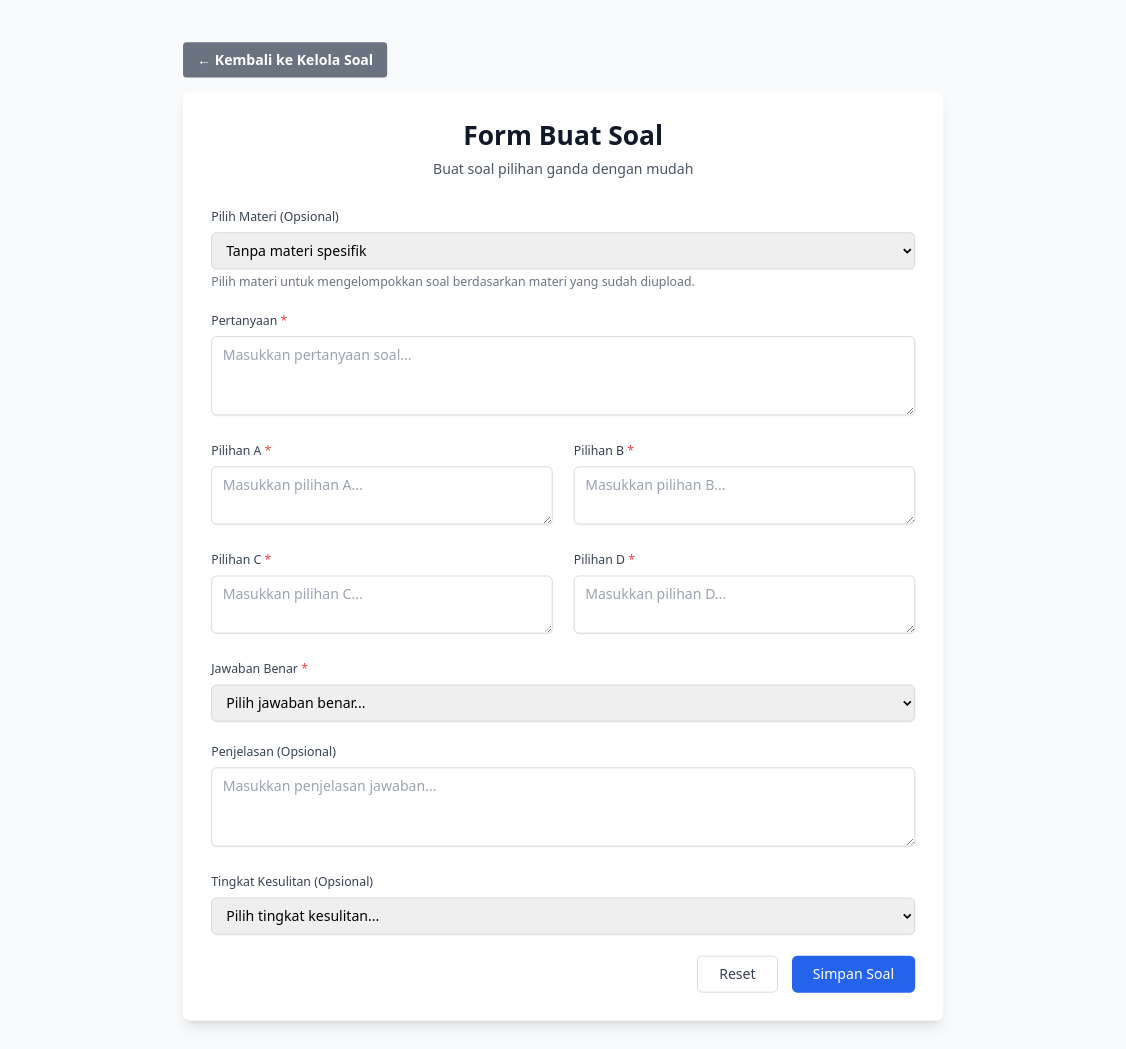
Repository: Autofat/LMS-MOOC
Page: http://localhost/questions/create
The author's editor kept a copy of each file at every save. The page is drawn from the files as they stood at one save, then again after the next save.
The browser window is 1280 px wide. The pictures show the whole page, at 88% of full size.
Some web libraries are served in a nearby version. The page is served by the project's Laravel application, run on PHP 8.4 with Laravel 12. A made-up administrator, Test User (test@example.com), is signed in. Other server files are loaded and not shown. Queries for data that is not in the repository find no rows.

Above is the page before, as saved 2025-08-01 13:14:24.
Console error: TypeError: Cannot set properties of null (setting 'textContent')

### routes/web.php
<?php

use Illuminate\Support\Facades\Route;
use Illuminate\Support\Facades\Auth;
use Illuminate\Support\Facades\Http;
use Illuminate\Support\Facades\Storage;
use Illuminate\Http\Request;
use App\Http\Controllers\QuestionController;
use App\Http\Controllers\MaterialController;
use App\Http\Controllers\AuthController;

// Root redirect to login
Route::get('/', function () {
    // Force logout and clear session
    Auth::logout();
    session()->flush();
    session()->regenerate();

    return redirect()->route('login');
});

// Authentication Routes
Route::get('/login', [AuthController::class, 'showLoginForm'])->name('login');
Route::post('/login', [AuthController::class, 'login']);
Route::get('/register', [AuthController::class, 'showRegisterForm'])->name('register');
Route::post('/register', [AuthController::class, 'register']);
Route::post('/logout', [AuthController::class, 'logout'])->name('logout');

// Temporary route to clear session
Route::get('/clear-session', function () {
    Auth::logout();
    session()->flush();
    session()->regenerate();
    return redirect()->route('login')->with('success', 'Session cleared. Please login again.');
});

// Test route to check auth status
Route::get('/test-auth', function () {
    return response()->json([
        'auth_check' => Auth::check(),
        'user' => Auth::user(),
        'session_id' => session()->getId(),
        'session_data' => session()->all()
    ]);
});

// Protected Routes (require authentication)
Route::middleware(['auth'])->group(function () {

    // Debug route for testing n8n connection
    Route::get('/test-n8n-connection', function () {
        try {
            $testData = [
                'action' => 'test_connection',
                'timestamp' => now()->toISOString(),
                'message' => 'Laravel connection test'
            ];

            $n8nUrl = env('N8N_GENERATE_QUESTIONS_URL', 'http://localhost:5678/webhook/generate-questions');

            $response = Http::timeout(120)
                ->retry(2, 100)
                ->withOptions([
                    'verify' => false,
                    'allow_redirects' => true,
                    'http_errors' => false
                ])
                ->post($n8nUrl, $testData);

            return response()->json([
                'success' => true,
                'message' => 'n8n connection test completed',
                'url' => $n8nUrl,
                'request_data' => $testData,
                'response' => [
                    'status' => $response->status(),
                    'headers' => $response->headers(),
                    'body' => $response->body(),
                    'successful' => $response->successful()
                ]
            ]);

        } catch (\Exception $e) {
            return response()->json([
                'success' => false,
                'error' => $e->getMessage(),
                'error_class' => get_class($e)
            ], 500);
        }
    })->name('test.n8n.connection');

    // Material Routes
    Route::get('/materials', [MaterialController::class, 'index'])->name('materials.index');
    Route::get('/materials/create', [MaterialController::class, 'create'])->name('materials.create');
    Route::post('/materials', [MaterialController::class, 'store'])->name('materials.store');
    Route::get('/materials/{id}', [MaterialController::class, 'show'])->name('materials.show');
    Route::get('/materials/{id}/edit', [MaterialController::class, 'edit'])->name('materials.edit');
    Route::put('/materials/{id}', [MaterialController::class, 'update'])->name('materials.update');
    Route::delete('/materials/{id}', [MaterialController::class, 'destroy'])->name('materials.destroy');
    Route::get('/materials/{id}/download', [MaterialController::class, 'download'])->name('materials.download');

    // Debug routes for testing file uploads
    Route::get('/test-upload', function () {
        return view('test-upload');
    })->name('test.upload.form');

    Route::post('/test-upload', function (Request $request) {
        $info = [
            'has_file' => $request->hasFile('pdf_file'),
            'php_upload_max' => ini_get('upload_max_filesize'),
            'php_post_max' => ini_get('post_max_size'),
            'storage_writable' => is_writable(storage_path('app/public')),
            'materials_dir_exists' => Storage::disk('public')->exists('materials'),
        ];

        if ($request->hasFile('pdf_file')) {
            $file = $request->file('pdf_file');
            $info['file'] = [
                'name' => $file->getClientOriginalName(),
                'size' => $file->getSize(),
                'mime' => $file->getMimeType(),
                'is_valid' => $file->isValid(),
                'error' => $file->getError(),
            ];
        }

        return response()->json($info);
    })->name('test.upload');
    Route::get('/materials/{id}/questions', [MaterialController::class, 'questions'])->name('materials.questions');

    // Generate Questions with n8n
    Route::post('/materials/{id}/generate-questions', [MaterialController::class, 'generateQuestions'])->name('materials.generate-questions');
    Route::post('/materials/{id}/generate-questions-async', [MaterialController::class, 'generateQuestionsAsync'])->name('materials.generate-questions-async');
    Route::get('/materials/{id}/test-n8n', [MaterialController::class, 'testN8nConnection'])->name('materials.test-n8n');

    // Form Manual Input
    Route::get('/questions/create', [QuestionController::class, 'create'])->name('questions.create');
    Route::post('/questions', [QuestionController::class, 'store'])->name('questions.store');

    // Manage and Edit Questions
    Route::get('/questions/manage', [QuestionController::class, 'manage'])->name('questions.manage');
    Route::get('/questions/{id}/edit', [QuestionController::class, 'edit'])->name('questions.edit');
    Route::put('/questions/{id}', [QuestionController::class, 'update'])->name('questions.update');
    Route::delete('/questions/{id}', [QuestionController::class, 'destroy'])->name('questions.destroy');
});

### resources/views/form.blade.php
<!DOCTYPE html>
<html lang="id">

<head>
    <meta charset="UTF-8">
    <meta name="viewport" content="width=device-width, initial-scale=1.0">
    <title>Form Buat Soal</title>
    <script src="https://cdn.tailwindcss.com"></script>
</head>

<body class="bg-gray-50 min-h-screen py-8">
    <div class="max-w-4xl mx-auto px-4 py-4">
        <div class="flex justify-between items-center">
            <a href="{{ route('questions.manage') }}"
                class="bg-gray-500 hover:bg-gray-700 text-white font-bold py-2 px-4 rounded">
                ← Kembali ke Kelola Soal
            </a>
        </div>
    </div>
    <div class="max-w-4xl mx-auto px-4">
        <div class="bg-white rounded-lg shadow-lg p-8">
            <!-- Header -->
            <div class="text-center mb-8">
                <h1 class="text-3xl font-bold text-gray-900 mb-2">Form Buat Soal</h1>
                <p class="text-gray-600">Buat soal pilihan ganda dengan mudah</p>
            </div>

            <!-- Auto-Fill Message -->
            @if (isset($autoFillData))
                <div class="bg-blue-100 border border-blue-400 text-blue-700 px-4 py-3 rounded mb-6">
                    <strong>Form telah diisi otomatis!</strong> Data dari bot n8n telah dimuat. Anda dapat mengedit dan
                    submit secara manual.
                </div>
            @endif

            <!-- Error Messages -->
            @if ($errors->any())
                <div class="bg-red-100 border border-red-400 text-red-700 px-4 py-3 rounded mb-6">
                    <ul class="list-disc list-inside">
                        @foreach ($errors->all() as $error)
                            <li>{{ $error }}</li>
                        @endforeach
                    </ul>
                </div>
            @endif

            <!-- Form -->
            <form action="{{ route('questions.store') }}" method="POST" class="space-y-6">
                @csrf

                <!-- Material Selection -->
                <div>
                    <label for="material_id" class="block text-sm font-medium text-gray-700 mb-2">
                        Pilih Materi (Opsional)
                    </label>
                    <select id="material_id" name="material_id"
                        class="w-full px-3 py-2 border border-gray-300 rounded-md shadow-sm focus:outline-none focus:ring-2 focus:ring-blue-500 focus:border-transparent">
                        <option value="">Tanpa materi spesifik</option>
                        @foreach (\App\Models\Material::where('is_active', true)->orderBy('title')->get() as $material)
                            <option value="{{ $material->id }}"
                                {{ old('material_id', $autoFillData['material_id'] ?? '') == $material->id ? 'selected' : '' }}>
                                {{ $material->title }}
                                @if ($material->category)
                                    ({{ $material->category }})
                                @endif
                            </option>
                        @endforeach
                    </select>
                    <p class="text-sm text-gray-500 mt-1">Pilih materi untuk mengelompokkan soal berdasarkan materi yang
                        sudah diupload.</p>
                </div>

                <!-- Question -->
                <div>
                    <label for="question" class="block text-sm font-medium text-gray-700 mb-2">
                        Pertanyaan <span class="text-red-500">*</span>
                    </label>
                    <textarea id="question" name="question" rows="3"
                        class="w-full px-3 py-2 border border-gray-300 rounded-md shadow-sm focus:outline-none focus:ring-2 focus:ring-blue-500 focus:border-transparent"
                        placeholder="Masukkan pertanyaan soal..." required>{{ old('question', $autoFillData['question'] ?? '') }}</textarea>
                </div>

                <!-- Options -->
                <div class="grid md:grid-cols-2 gap-6">
                    <!-- Option A -->
                    <div>
                        <label for="option_a" class="block text-sm font-medium text-gray-700 mb-2">
                            Pilihan A <span class="text-red-500">*</span>
                        </label>
                        <textarea id="option_a" name="option_a" rows="2"
                            class="w-full px-3 py-2 border border-gray-300 rounded-md shadow-sm focus:outline-none focus:ring-2 focus:ring-blue-500 focus:border-transparent"
                            placeholder="Masukkan pilihan A..." required>{{ old('option_a', $autoFillData['option_a'] ?? '') }}</textarea>
                    </div>

                    <!-- Option B -->
                    <div>
                        <label for="option_b" class="block text-sm font-medium text-gray-700 mb-2">
                            Pilihan B <span class="text-red-500">*</span>
                        </label>
                        <textarea id="option_b" name="option_b" rows="2"
                            class="w-full px-3 py-2 border border-gray-300 rounded-md shadow-sm focus:outline-none focus:ring-2 focus:ring-blue-500 focus:border-transparent"
                            placeholder="Masukkan pilihan B..." required>{{ old('option_b', $autoFillData['option_b'] ?? '') }}</textarea>
                    </div>

                    <!-- Option C -->
                    <div>
                        <label for="option_c" class="block text-sm font-medium text-gray-700 mb-2">
                            Pilihan C <span class="text-red-500">*</span>
                        </label>
                        <textarea id="option_c" name="option_c" rows="2"
                            class="w-full px-3 py-2 border border-gray-300 rounded-md shadow-sm focus:outline-none focus:ring-2 focus:ring-blue-500 focus:border-transparent"
                            placeholder="Masukkan pilihan C..." required>{{ old('option_c', $autoFillData['option_c'] ?? '') }}</textarea>
                    </div>

                    <!-- Option D -->
                    <div>
                        <label for="option_d" class="block text-sm font-medium text-gray-700 mb-2">
                            Pilihan D <span class="text-red-500">*</span>
                        </label>
                        <textarea id="option_d" name="option_d" rows="2"
                            class="w-full px-3 py-2 border border-gray-300 rounded-md shadow-sm focus:outline-none focus:ring-2 focus:ring-blue-500 focus:border-transparent"
                            placeholder="Masukkan pilihan D..." required>{{ old('option_d', $autoFillData['option_d'] ?? '') }}</textarea>
                    </div>
                </div>

                <!-- Answer -->
                <div>
                    <label for="answer" class="block text-sm font-medium text-gray-700 mb-2">
                        Jawaban Benar <span class="text-red-500">*</span>
                    </label>
                    <select id="answer" name="answer"
                        class="w-full px-3 py-2 border border-gray-300 rounded-md shadow-sm focus:outline-none focus:ring-2 focus:ring-blue-500 focus:border-transparent"
                        required>
                        <option value="">Pilih jawaban benar...</option>
                        <option value="A"
                            {{ old('answer', $autoFillData['answer'] ?? '') == 'A' ? 'selected' : '' }}>A</option>
                        <option value="B"
                            {{ old('answer', $autoFillData['answer'] ?? '') == 'B' ? 'selected' : '' }}>B</option>
                        <option value="C"
                            {{ old('answer', $autoFillData['answer'] ?? '') == 'C' ? 'selected' : '' }}>C</option>
                        <option value="D"
                            {{ old('answer', $autoFillData['answer'] ?? '') == 'D' ? 'selected' : '' }}>D</option>
                    </select>
                </div>

                <!-- Explanation -->
                <div>
                    <label for="explanation" class="block text-sm font-medium text-gray-700 mb-2">
                        Penjelasan (Opsional)
                    </label>
                    <textarea id="explanation" name="explanation" rows="3"
                        class="w-full px-3 py-2 border border-gray-300 rounded-md shadow-sm focus:outline-none focus:ring-2 focus:ring-blue-500 focus:border-transparent"
                        placeholder="Masukkan penjelasan jawaban...">{{ old('explanation', $autoFillData['explanation'] ?? '') }}</textarea>
                </div>

                <!-- Difficulty -->
                <div>
                    <label for="difficulty" class="block text-sm font-medium text-gray-700 mb-2">
                        Tingkat Kesulitan (Opsional)
                    </label>
                    <select id="difficulty" name="difficulty"
                        class="w-full px-3 py-2 border border-gray-300 rounded-md shadow-sm focus:outline-none focus:ring-2 focus:ring-blue-500 focus:border-transparent">
                        <option value="">Pilih tingkat kesulitan...</option>
                        <option value="Mudah"
                            {{ old('difficulty', $autoFillData['difficulty'] ?? '') == 'Mudah' ? 'selected' : '' }}>
                            Mudah</option>
                        <option value="Menengah"
                            {{ old('difficulty', $autoFillData['difficulty'] ?? '') == 'Menengah' ? 'selected' : '' }}>
                            Menengah</option>
                        <option value="Sulit"
                            {{ old('difficulty', $autoFillData['difficulty'] ?? '') == 'Sulit' ? 'selected' : '' }}>
                            Sulit</option>
                    </select>
                </div>

                <!-- Submit Button -->
                <div class="flex justify-end space-x-4">
                    <button type="button" onclick="resetForm()"
                        class="px-6 py-2 border border-gray-300 rounded-md text-gray-700 hover:bg-gray-50 focus:outline-none focus:ring-2 focus:ring-gray-500 focus:ring-offset-2 transition duration-200">
                        Reset
                    </button>
                    <button type="submit"
                        class="px-6 py-2 bg-blue-600 text-white rounded-md hover:bg-blue-700 focus:outline-none focus:ring-2 focus:ring-blue-500 focus:ring-offset-2 transition duration-200">
                        Simpan Soal
                    </button>
                </div>
            </form>
        </div>
    </div>

    <script>
        // Function to reset form
        function resetForm() {
            document.querySelector('form').reset();
            updatePreview();
        }

        // Function to update JSON preview
        function updatePreview() {
            const question = document.getElementById('question').value || 'Contoh pertanyaan...';
            const optionA = document.getElementById('option_a').value || 'Pilihan A';
            const optionB = document.getElementById('option_b').value || 'Pilihan B';
            const optionC = document.getElementById('option_c').value || 'Pilihan C';
            const optionD = document.getElementById('option_d').value || 'Pilihan D';
            const answer = document.getElementById('answer').value || 'C';
            const explanation = document.getElementById('explanation').value || 'Penjelasan jawaban...';
            const difficulty = document.getElementById('difficulty').value || 'Menengah';

            const jsonData = {
                soal: [{
                    question: question,
                    options: {
                        A: optionA,
                        B: optionB,
                        C: optionC,
                        D: optionD
                    },
                    answer: answer,
                    explanation: explanation,
                    difficulty: difficulty
                }]
            };

            document.getElementById('jsonPreview').textContent = JSON.stringify(jsonData, null, 2);
        }

        // Add event listeners to update preview
        document.addEventListener('DOMContentLoaded', function() {
            const inputs = ['question', 'option_a', 'option_b', 'option_c', 'option_d', 'answer', 'explanation',
                'difficulty'
            ];
            inputs.forEach(id => {
                const element = document.getElementById(id);
                element.addEventListener('input', updatePreview);
                element.addEventListener('change', updatePreview);
            });

            updatePreview(); // Initial preview
        });
    </script>
</body>

</html>

### app/Models/Material.php
<?php

namespace App\Models;

use Illuminate\Database\Eloquent\Model;

class Material extends Model
{
    protected $fillable = [
        'title',
        'description',
        'file_path',
        'file_name',
        'file_size',
        'category',
        'is_active'
    ];

    protected $casts = [
        'is_active' => 'boolean',
    ];

    /**
     * Get the questions for this material.
     */
    public function questions()
    {
        return $this->hasMany(Question::class);
    }

    /**
     * Get file size in human readable format
     */
    public function getFileSizeHumanAttribute()
    {
        $bytes = $this->file_size;
        $units = ['B', 'KB', 'MB', 'GB'];

        for ($i = 0; $bytes > 1024 && $i < count($units) - 1; $i++) {
            $bytes /= 1024;
        }

        return round($bytes, 2) . ' ' . $units[$i];
    }
}

Loaded but not shown: app/Models/User.php (common file); app/Http/Controllers/Controller.php (common file); app/Http/Controllers/QuestionController.php (1404 lines, source omitted)

After the next save:
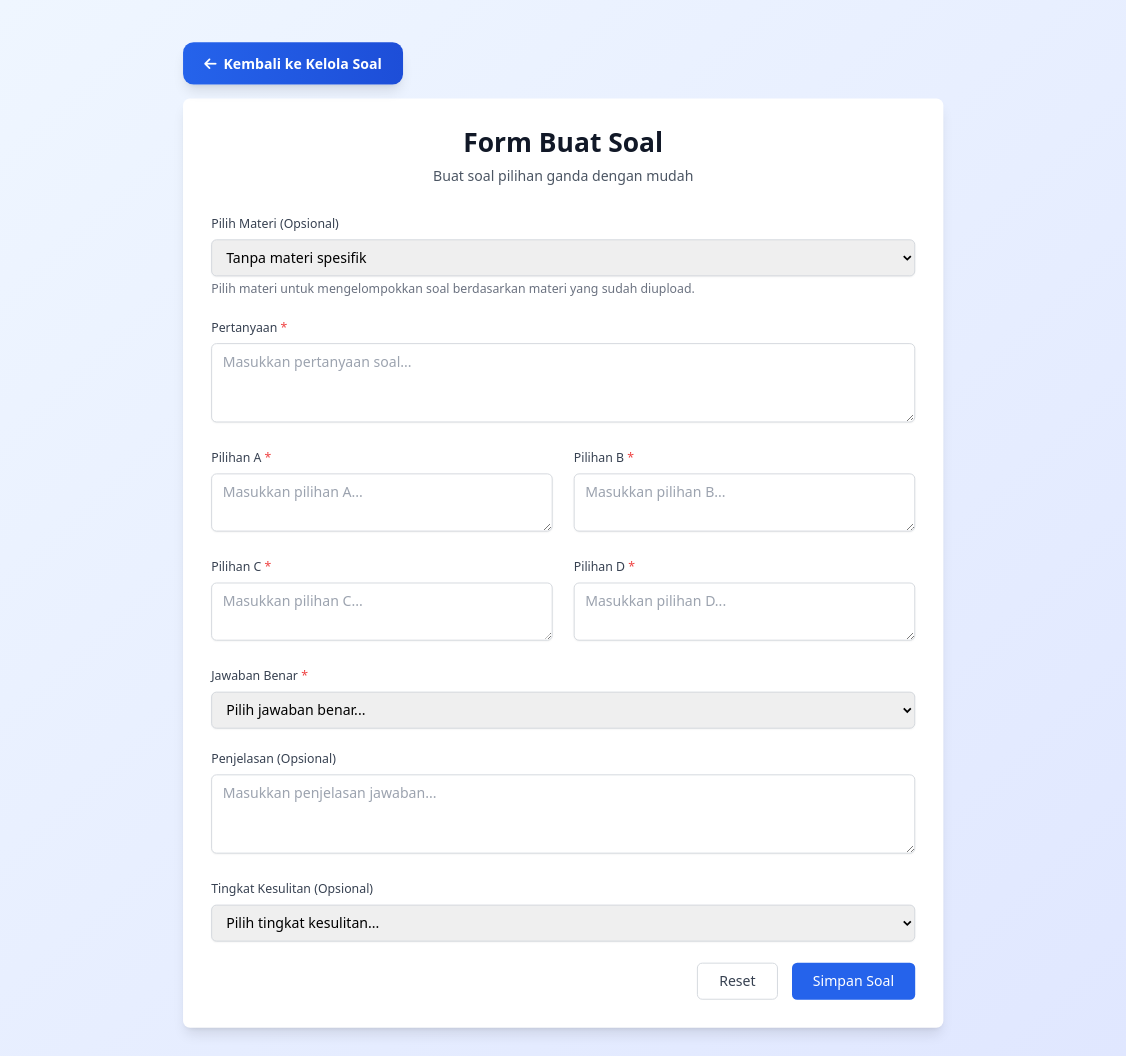
Saved 17 s later.
--- a/resources/views/form.blade.php
+++ b/resources/views/form.blade.php
@@ -4,16 +4,23 @@
 <head>
     <meta charset="UTF-8">
     <meta name="viewport" content="width=device-width, initial-scale=1.0">
-    <title>Form Buat Soal</title>
+    <title>Form Buat Soal - AI Generator</title>
     <script src="https://cdn.tailwindcss.com"></script>
+    <link rel="stylesheet" href="https://cdnjs.cloudflare.com/ajax/libs/font-awesome/6.0.0/css/all.min.css">
+    <style>
+        .professional-gradient {
+            background: linear-gradient(135deg, #1e3a8a 0%, #1e40af 50%, #3730a3 100%);
+        }
+    </style>
 </head>
 
-<body class="bg-gray-50 min-h-screen py-8">
+<body class="bg-gradient-to-br from-blue-50 to-indigo-100 min-h-screen py-8">
     <div class="max-w-4xl mx-auto px-4 py-4">
         <div class="flex justify-between items-center">
             <a href="{{ route('questions.manage') }}"
-                class="bg-gray-500 hover:bg-gray-700 text-white font-bold py-2 px-4 rounded">
-                ← Kembali ke Kelola Soal
+                class="bg-gradient-to-r from-blue-600 to-blue-700 hover:from-blue-700 hover:to-blue-800 text-white font-bold py-3 px-6 rounded-xl shadow-lg hover:shadow-xl transition-all duration-300 flex items-center space-x-2">
+                <i class="fas fa-arrow-left"></i>
+                <span>Kembali ke Kelola Soal</span>
             </a>
         </div>
     </div>
